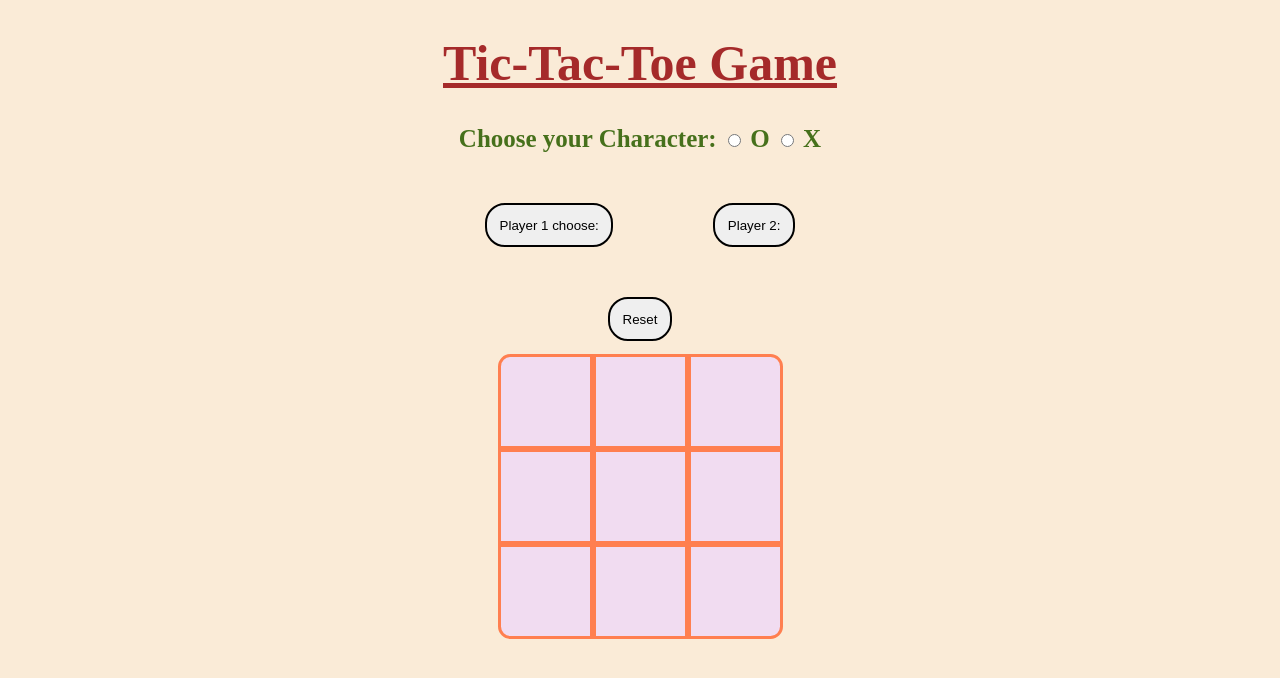
Repository: 0101chaitanya/Tic-Tac-Toe
Page: index.html
The author's editor kept a copy of each file at every save. The page is drawn from the files as they stood at one save, then again after the next save.
The browser window is 1280 px wide. The pictures show the whole page.

Above is the page before, as saved 2021-06-12 14:31:48.

### index.html
<!DOCTYPE html>
<html>

<head>
    <meta charset="utf-8">
    <title>Tic-Tac-Toe Game</title>
    <meta name="viewport" content="width=device-width, initial-scale=1">

    <link rel="stylesheet" href="styles.css">
</head>

<body>
    <div id='block1'>
        <h1 id="heading">Tic-Tac-Toe Game</h1>
        <form id='form'>
            Choose your Character:
            <input value="O" name="radio" onclick="eventFun.setUser(this)" type="radio">
            <label for="O">O</label>
            <input value="X" name="radio" onclick="eventFun.setUser(this)" type="radio">
            <label for="X">X</label>

        </form>
        <div id="player">
            <button id='p1' onclick='eventFun.player(`p1`)' type='text'>Player 1 choose:
                <button id='p2' onclick='eventFun.player(`p2`)' type='text'>Player 2:
        </div>
        <button id='reset'>Reset</button>
            <form id="gameSquare">
                <section id="row1">
                    <div id="r1Column1"></div>
                    <div id="rlColumn2"></div>
                    <div id="rlColumn3"></div>
                </section>
                <section id="row2">
                    <div id="r2Column1"></div>
                    <div id="r2Column2"></div>
                    <div id="r2Column3"></div>
                </section>
                <section id="row3">
                    <div id="r3Column1"></div>
                    <div id="r3Column2"></div>
                    <div id="r3Column3"></div>
                </section>
            </form>
        </div>
        <div id="ResultBox">
            <span id="closebtn">&times;</span>
            <strong id="resultOut"></strong>
        </div>

</body>
<script type="text/javascript" src="script.js"></script>

</html>

### styles.css
:root {
    text-align: center;
    font-weight: bold;
}

* {
    box-sizing: border-box;
}

@media screen and (max-width: 400px) {
     :root {
        font-size: 14px;
    }
}

@media screen and (min-width: 401px) and (max-width: 700px) {
     :root {
        font-size: 18px;
    }
}

@media screen and (min-width: 701px) {
     :root {
        font-size: 25px;
    }
}

body {
    color: rgb(70, 112, 27);
    background: antiquewhite;
    font-weight: bold;
}

h1 {
    color: brown;
    text-decoration: underline;
    text-decoration-style: solid;
}

label>input {
    color: red;
    border: 1px solid;
}

#player {
    margin: 1rem auto 1rem auto;
    display: block;
}

#player>button {
    margin: 1rem 2rem 1rem 2rem;
    width: fit-content;
    height: fit-content;
    border: 0.1rem solid;
    padding: 0.5rem;
    border-radius: 0.8rem;
}

#gameSquare {
    width: min-content;
    height: min-content;
    display: block;
    margin: auto;
}

#reset {
    width: min-content;
    height: min-content;
    display: block;
    margin: 0.5rem auto;
    border: 0.1rem solid;
    padding: 0.5rem;
    border-radius: 0.8rem;
}

#gameSquare>section:nth-child(n) {
    /* border-style: solid;
     */
    width: min-content;
    height: min-content;
    display: flex;
    justify-content: center;
    align-items: center;
}

#gameSquare>section:nth-child(n)>div:nth-child(n) {
    display: flex;
    margin: auto;
    width: 3.8rem;
    height: 3.8rem;
    border-style: solid;
    border-width: 0.15rem;
    justify-content: center;
    align-items: center;
    font-size: 1.8rem;
    color: coral;
    background-color: rgb(241, 220, 241);
}

#gameSquare>section:nth-child(1)>div:nth-child(1) {
    border-top-left-radius: 0.5rem;
}

#gameSquare>section:nth-child(1)>div:nth-child(3) {
    border-top-right-radius: 0.5rem;
}

#gameSquare>section:nth-child(3)>div:nth-child(1) {
    border-bottom-left-radius: 0.5rem;
}

#gameSquare>section:nth-child(3)>div:nth-child(3) {
    border-bottom-right-radius: 0.5rem;
}

#ResultBox {
    height: fit-content;
    width: 13rem;
    display: none;
    margin-left: auto;
    margin-right: auto;
    margin-top: 3rem;
    position: relative;
    top: -12rem;
    border-color: rgb(162, 162, 192);
    background-color: rgb(15, 44, 138);
    color: white;
    opacity: 1;
    transition: opacity 0.6s;
    margin-bottom: 15px;
    border-radius: 1rem;
    padding: 1rem;
    text-align: center;
}

#resultOut {
    color: #f0e0e4;
    font-weight: bold;
}

#closebtn {
    margin-left: 15px;
    color: white;
    font-weight: bold;
    float: right;
    font-size: 22px;
    line-height: 20px;
    cursor: pointer;
    transition: 0.3s;
}

#closebtn:hover {
    color: rgb(38, 170, 82);
}

#player>div:nth-child(1)>input {
    color: aqua;
}

### script.js
"use strict";

let eventFun = (function() {
    let user1Selection, user2Selection, runningCharacter;

    let runningNumber,
        result;
    let newArray;
    let count;

    let horizontalArray;
    let verticalArray;
    let diagonalArray;
    let array;


    function setUser(given) {
        localStorage.setItem("user1", given.value);

        document.querySelector(`#form`).submit();
    }

    function player(input) {
        //let player$ = document.getElementById(input.value);
        let x = prompt('Enter player name');
        localStorage.setItem(`${input}`, x);
        location.reload();
    }

    function init() {
        runningNumber = 0;
        user1Selection = localStorage.getItem("user1");
        user2Selection =
            user1Selection != null ? (user1Selection === "X" ? "O" : "X") : null;
        runningCharacter = user1Selection;

        (localStorage.getItem("p1") !== null) ? document.getElementById('p1').textContent = localStorage.getItem("p1") + " choose: " + user1Selection: document.getElementById('p1').textContent += ` ` + user1Selection || ' ';
        (localStorage.getItem("p2") !== null) ? document.getElementById('p2').textContent = localStorage.getItem("p2") + " : " + user2Selection: document.getElementById('p2').textContent += ` ` + user2Selection || ' ';

        array = Array.from(
            document.getElementById("gameSquare").querySelectorAll("div")
        );
        newArray = Array(array.length).fill();
        count = 0;

        horizontalArray = undefined;
        verticalArray = undefined;
        diagonalArray = undefined;
        eventListen();
    }

    if (localStorage.getItem("user1") !== null) {
        init();
    }


    function switchRunChar() {
        runningCharacter = runningCharacter === "O" ? "X" : "O";
        runningNumber = runningNumber === 0 ? 1 : 0;
    }

    function arrayCreator(index, incrementer) {
        return [
            newArray[index],
            newArray[index + incrementer],
            newArray[index + 2 * incrementer],
        ];
    }

    function parser(arrayInput) {
        let arr = arrayInput.map((item, index) => {
            let res = item.reduce((stack, item) => {
                stack += item;
                return stack;
            });
            return res;
        });
        return arr;
    }

    function send(input) {
        let block1 = document.getElementById('block1');
        block1.style.filter = 'blur(0.5rem)';
        document.getElementById('ResultBox').style.display = 'block';
        document.getElementById('resultOut').textContent = input;
        let close = document.getElementById('closebtn');
        close.onclick = function() {
            localStorage.clear();
            //  init();
            document.getElementById('gameSquare').submit();
            let div = this.parentElement;
            div.style.opacity = '0';
            setTimeout(function() {
                document.getElementById('ResultBox').style.display = 'none';
                block1.style.filter = 'blur(0.0rem)';

            }, 60);
        };

    }

    function check(input) {
        input.forEach((item) => {
            if (item === 3) {
                result = item;
                send("Player 2 won");
            } else if (item === 0) {
                result = item;
                send("Player 1 won");
            }
        });
    }

    function checkWin() {
        horizontalArray = [
            arrayCreator(0, 1),
            arrayCreator(3, 1),
            arrayCreator(6, 1),
        ];
        verticalArray = [
            arrayCreator(0, 3),
            arrayCreator(1, 3),
            arrayCreator(2, 3),
        ];
        diagonalArray = [arrayCreator(0, 4), arrayCreator(2, 2)];

        let horizontalParsed = parser(horizontalArray);
        let verticalParsed = parser(verticalArray);

        let diagonalParsed = parser(diagonalArray);
        check(horizontalParsed);
        check(verticalParsed);
        check(diagonalParsed);

        if (count == 8) {
            console.table(horizontalArray, verticalArray, diagonalArray);
            console.table({
                horizontalParsed: horizontalParsed,
                verticalParsed: verticalParsed,
                diagonalParsed: diagonalParsed,
            });
            console.table(newArray);
            if (result == undefined) {
                send("draw");
            }
        }
    }

    let setOutput = function(e, index) {
        e.target.textContent = runningCharacter;
        e.target.removeEventListener("click", (e) => setOutput(e));
        newArray.splice(index, 1, runningNumber);
        switchRunChar();
        checkWin();

        count++;
    };

    function eventListen() {
        array.forEach((item, index) => {
            item.textContent = "";
            item.addEventListener("click", (e) => setOutput(e, index), { once: true });
        });
    }
    return { setUser, player };
})();

After the next save:
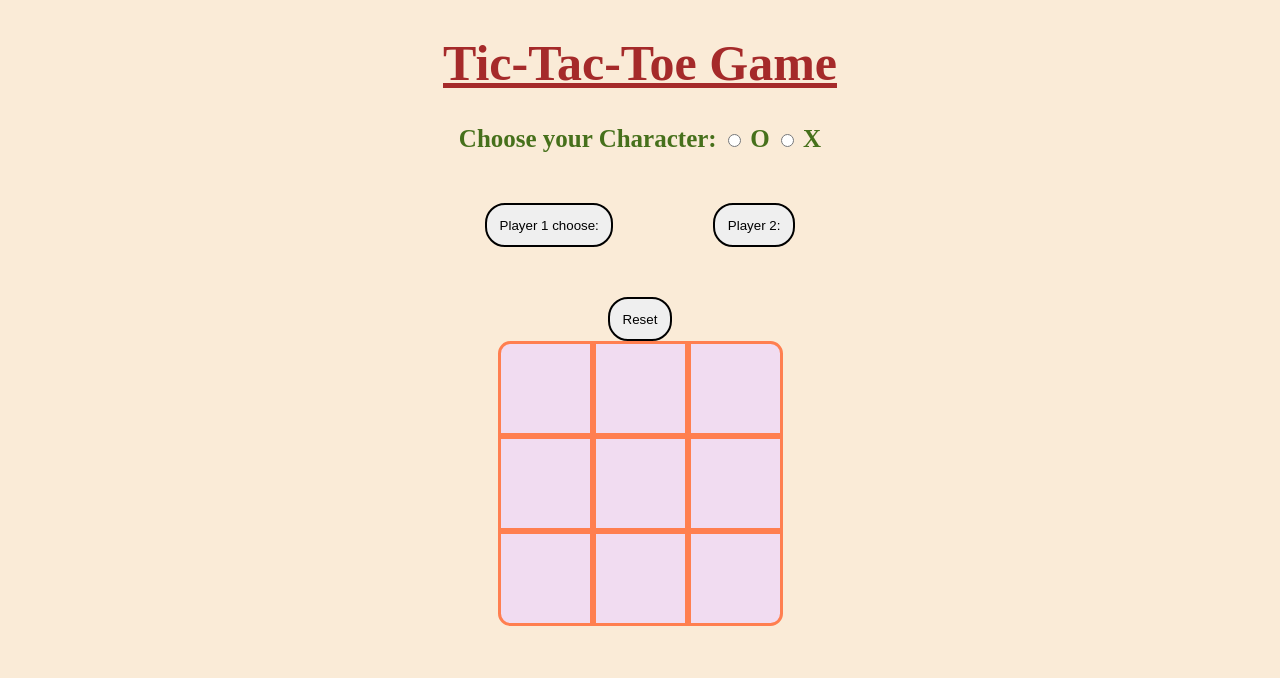
Saved 4 s later.
--- a/styles.css
+++ b/styles.css
@@ -67,7 +67,7 @@ label>input {
     width: min-content;
     height: min-content;
     display: block;
-    margin: 0.5rem auto;
+    margin: 0rem auto;
     border: 0.1rem solid;
     padding: 0.5rem;
     border-radius: 0.8rem;
